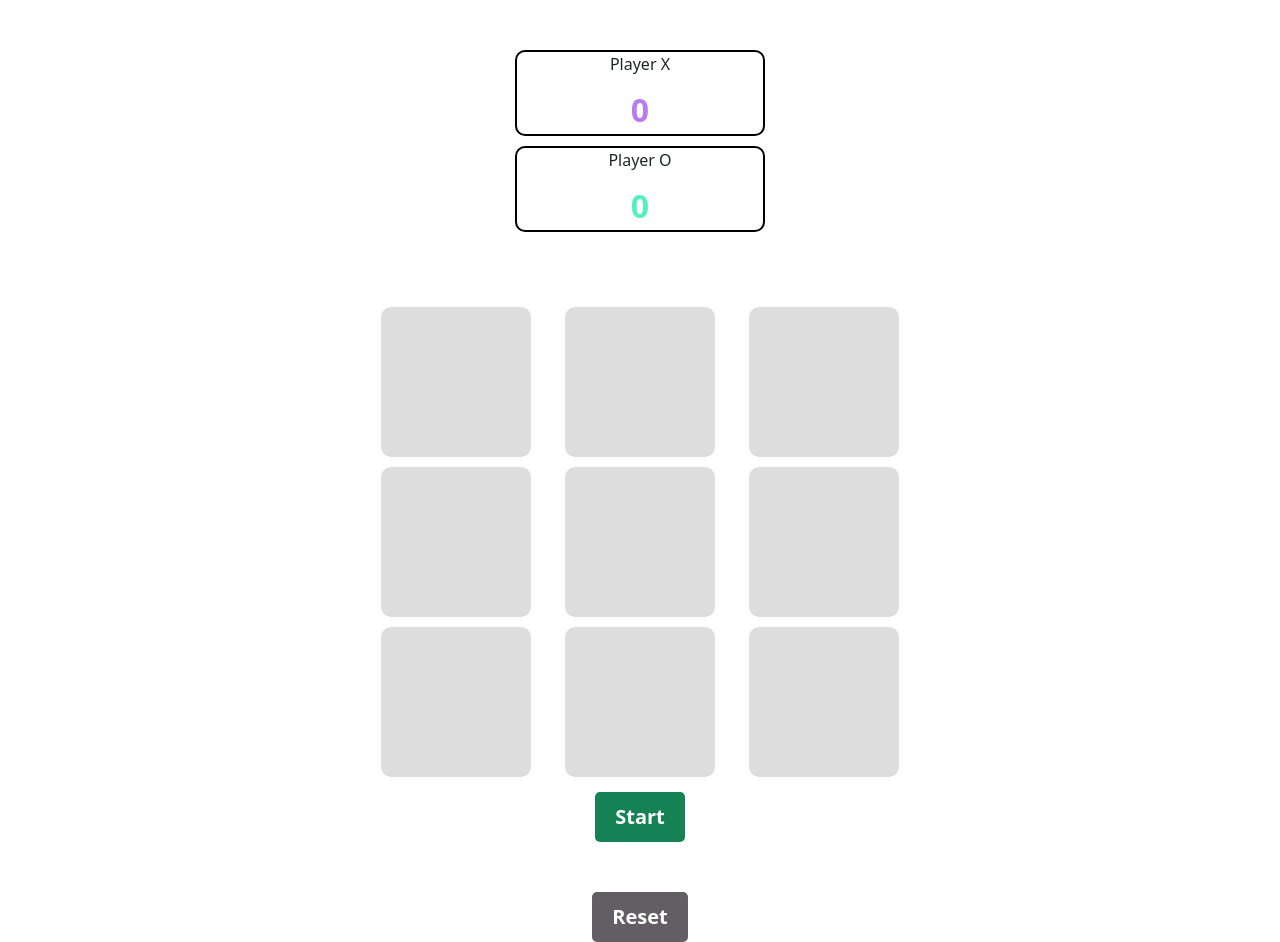
Repository: woodsdeshe/Tic-Tac-Toe
Page: index.html
The author's editor kept a copy of each file at every save. The page is drawn from the files as they stood at one save, then again after the next save.
The browser window is 1280 px wide. The pictures show the whole page.

Above is the page before, as saved 2023-03-31 21:34:15.

After the next save:
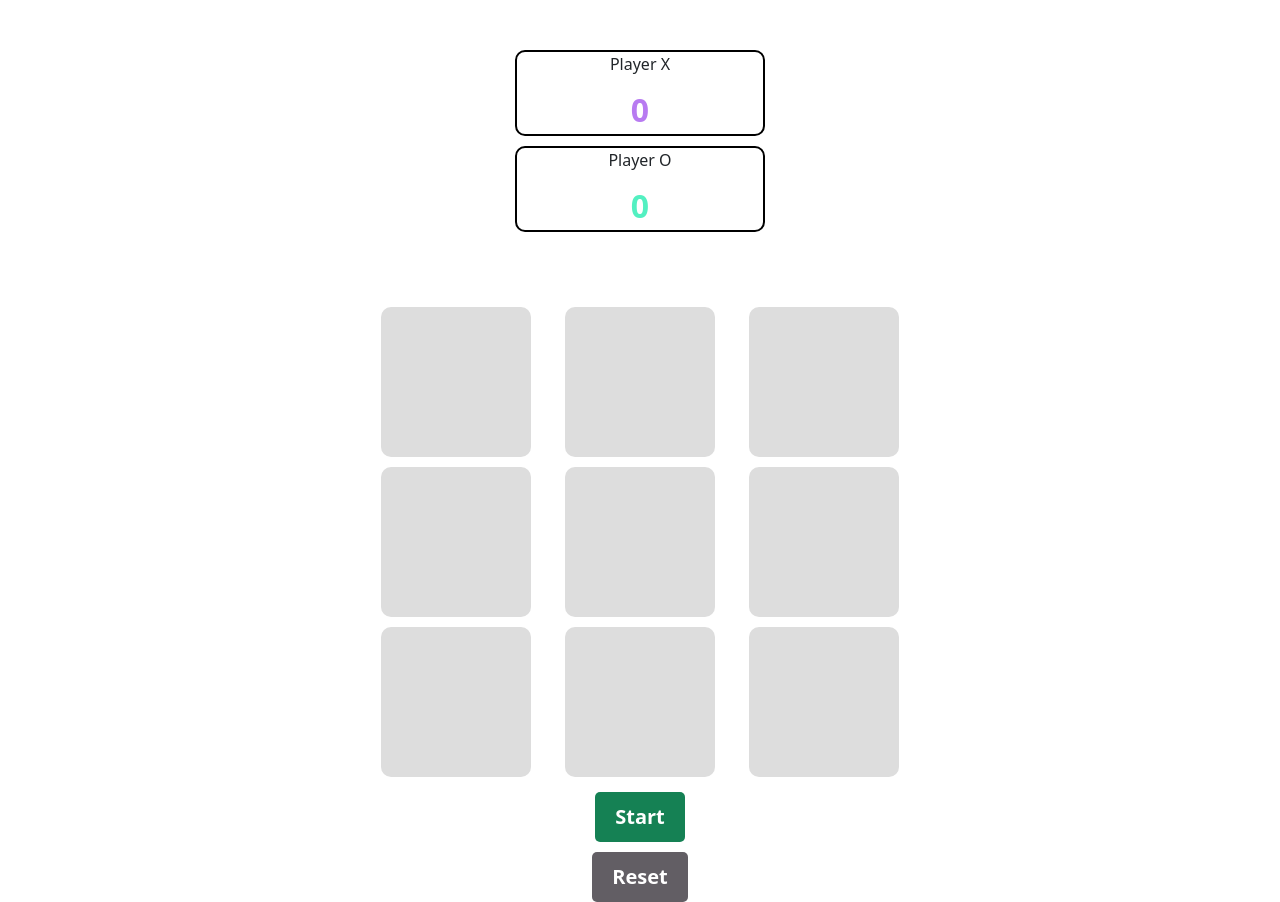
Saved 3 min 44 s later.
--- a/styles.css
+++ b/styles.css
@@ -75,9 +75,21 @@
     cursor: pointer;
 }
 
+.start,
 .reset {
-  text-align: center;
-  margin-top: 50px;
+  display: flex;
+  justify-content: center;
+  margin-top: 10px;
+}
+
+.startBtn,
+.reset-btn {
+  font-size: 20px;
+  font-weight: bold;
+  padding: 10px 20px;
+  border-radius: 5px;
+  border: none;
+  cursor: pointer;
 }
 
 .reset-btn {
